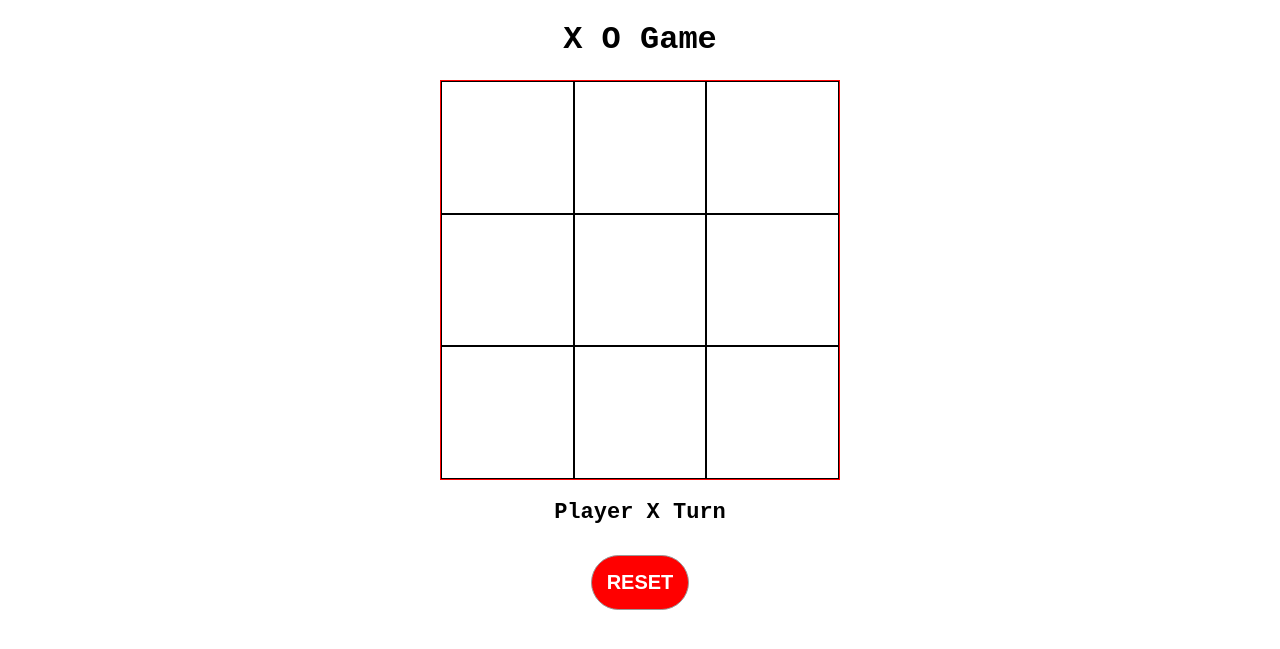
Repository: abdelrahman-ahmed-nassar/javascript-games
Page: my_x-o/index.html
These files come from the project's save history. The page is drawn as it stood at one moment and after a run of saves; the edit follows.
The browser window is 1280 px wide. The pictures show the whole page.
After loading, the first visible `#reset-btn` was clicked once.

Above is the page before, as saved 2024-07-27 23:31:22.

### my_x-o/index.html
<!DOCTYPE html>
<html lang="en">
<head>
  <meta charset="UTF-8">
  <meta name="viewport" content="width=device-width, initial-scale=1.0">
  <link rel="stylesheet" href="style.css">
  <script defer src="script.js"></script>
  <title>X O Game </title>
</head>
<body>
  <h1>X O Game</h1>
  <div class="game-container" id="container">
    <div class="box box-0" data-num="0"></div>
    <div class="box box-1" data-num="1"></div>
    <div class="box box-2" data-num="2"></div>
    <div class="box box-3" data-num="3"></div>
    <div class="box box-4" data-num="4"></div>
    <div class="box box-5" data-num="5"></div>
    <div class="box box-6" data-num="6"></div>
    <div class="box box-7" data-num="7"></div>
    <div class="box box-8" data-num="8"></div>
  </div>
  <div class="player-text">Player <span id="active-player">x</span> Turn</div>
  <button id="reset-btn" type="button">RESET</button>
</body>
</html>

### my_x-o/style.css

* {
  box-sizing: border-box;
}

body {
  margin: 0;
  padding: 0;
  font-family: 'Courier New', Courier, monospace;
  text-align: center;
}

.game-container {
  margin: 0 auto;
  max-width: 400px;
  height: 400px;
  border: 1px solid red;
  display: grid;
  grid-template-columns: repeat(3, 1fr);
  grid-template-rows: repeat(3, 1fr);
}

.box {
  border: 1px solid black;
  text-transform: capitalize ;
  display: grid;
  place-items: center;
  font-size:70px;
  font-weight: bold;
  cursor: pointer;
}

.player-text {
  margin-top: 20px;
  font-size: 22px;
  font-weight: bold;
}

#active-player {
  text-transform: capitalize;
}

#reset-btn {
  margin-top: 30px;
  font-weight: bold;
  font-size: 20px;
  padding: 15px;
  color: white;
  border: 1px solid #999;
  background-color: red;
  border-radius: 40px;
  cursor:  pointer;
}

### my_x-o/script.js
let grid = ["", "", "", "", "", "", "", "", ""];

const containerEl = document.getElementById("container");

const box0El = document.querySelector(".box-0");
const box1El = document.querySelector(".box-1");
const box2El = document.querySelector(".box-2");
const box3El = document.querySelector(".box-3");
const box4El = document.querySelector(".box-4");
const box5El = document.querySelector(".box-5");
const box6El = document.querySelector(".box-6");
const box7El = document.querySelector(".box-7");
const box8El = document.querySelector(".box-8");

const resetBtn = document.getElementById("reset-btn");
const activePlayerEl = document.getElementById("active-player");
const textEl = document.querySelector(".player-text");

let gridSize = 3;
let isPlaying = 1;
let activePlayer = "x";

/////////////////////////

function isWritten(e) {
  if (e === "o" || e === "x") {
    return 1;
  } else {
    return 0;
  }
}

function updateGrid(n) {
  for (let i = 0; i < grid.length; i++) {
    document.querySelector(`.box-${i}`).textContent = grid[i];
  }
  if (n !== -1) {
    document.querySelector(`.box-${n}`).style = "pointer-events: none;";
  }
}

function changeActivePlayer() {
  let code = activePlayer === "x" ? "o" : "x";
  activePlayer = code;
  activePlayerEl.textContent = code;
}

function winner() {
  isPlaying = 0;
  containerEl.style = "pointer-events: none";
  textEl.textContent = `Player ${
    activePlayer === "x" ? "o" : "x"
  } is the winner 🎉`;
}

///////////////

function changeBoxState(e) {
  if (!isPlaying) return;
  let n = e.target.dataset.num;
  let item = grid[n];
  if (isWritten(item)) {
    return;
  } else {
    let code = activePlayer === "x" ? "x" : "o";
    grid[n] = code;

    updateGrid(n);

    changeActivePlayer();
  }
  // check for cols

  for (let i = 0; i < gridSize; i++) {
    let first = grid[i];
    let second = grid[i + gridSize];
    let third = grid[i + 2 * gridSize];

    if (first === "" || second === "" || third === "") {
      return;
    }

    if (first === second && second === third && first === third) {
      winner();
    }
  }

  console.log(grid);
}

/////////////////////

function init() {
  for (let i = 0; i < grid.length; i++) {
    document
      .querySelector(`.box-${i}`)
      .addEventListener("click", (e) => changeBoxState(e));
  }
}
init();

resetBtn.addEventListener("click", function (e) {
  isPlaying = 1;
  grid = ["", "", "", "", "", "", "", "", ""];
  containerEl.style = "pointer-events: all";
  for (let i = 0; i < 9; i++) {
    document.querySelector(`.box-${i}`).style = "pointer-events: all;";
  }

  updateGrid(-1);
});

After the next 3 saves:
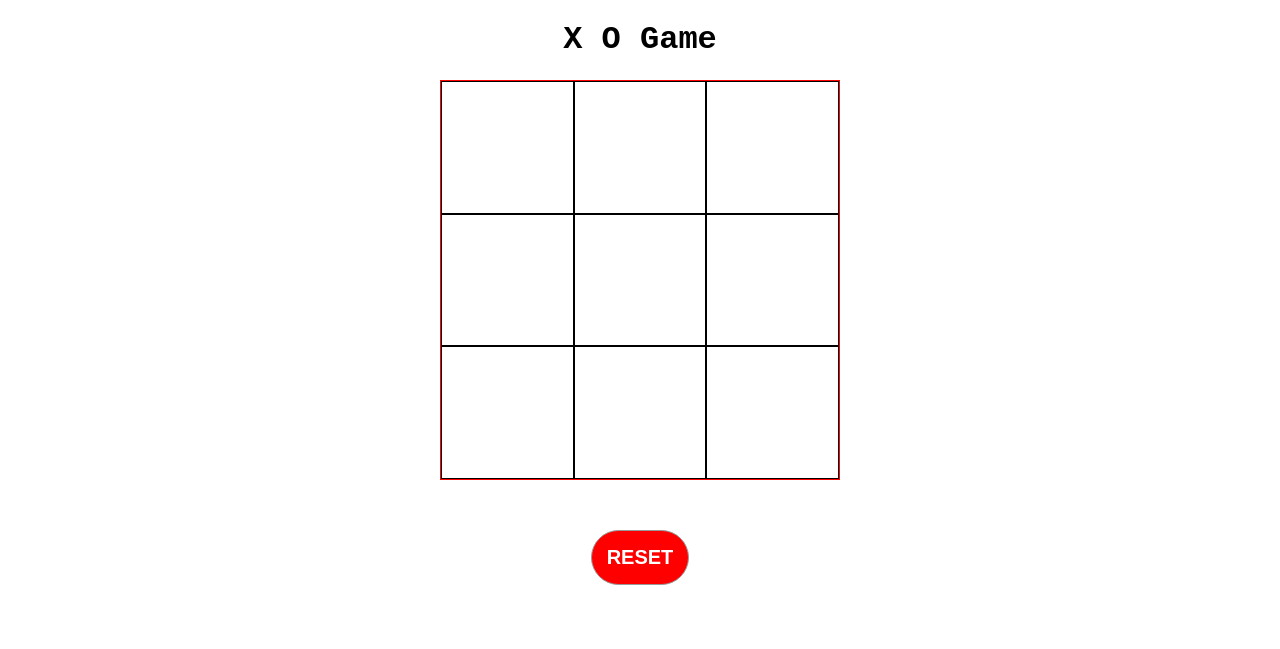
The 3 saves are shown as one change because they came seconds apart.
The last was saved 35 s later.
--- a/my_x-o/script.js
+++ b/my_x-o/script.js
@@ -107,5 +107,7 @@
     document.querySelector(`.box-${i}`).style = "pointer-events: all;";
   }
 
+  textEl.textContent = ``
+
   updateGrid(-1);
 });
